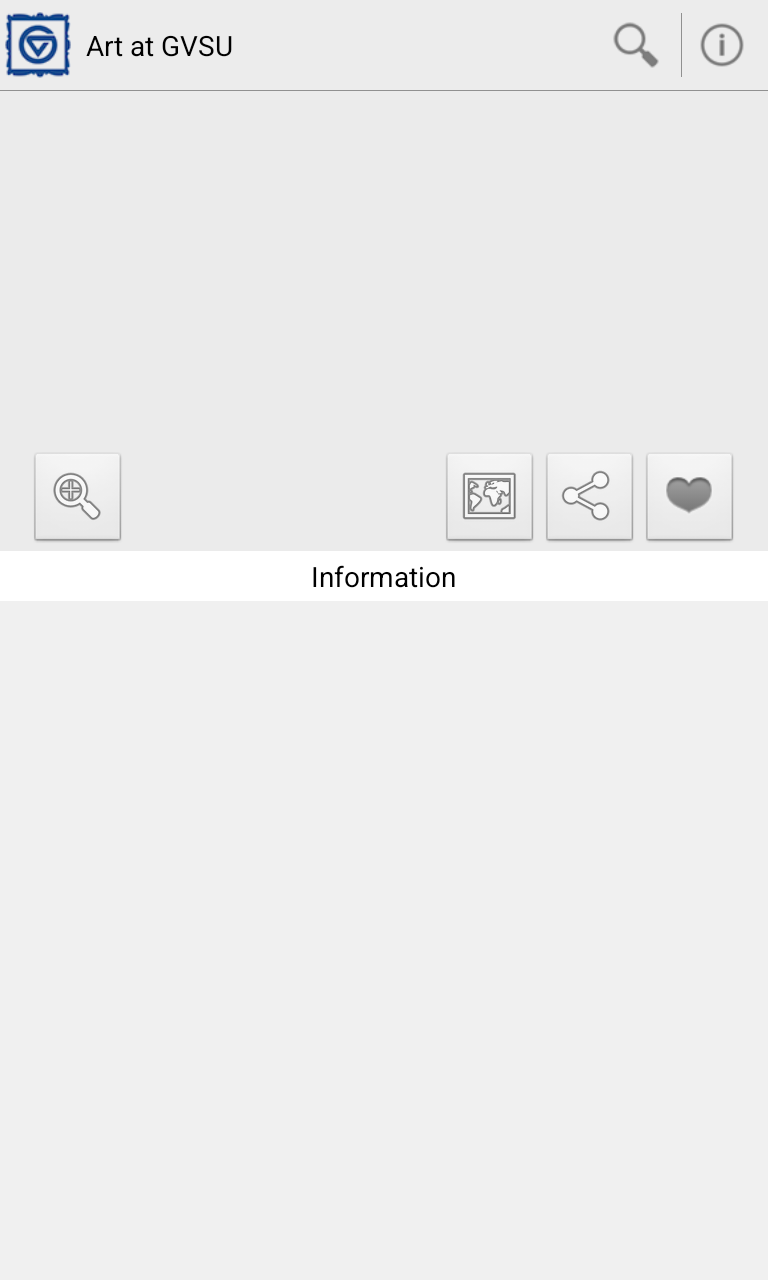
Repository: markminuth/Art-at-GVSU-Android-edition
Layout: version1.0/res/layout/artdetails.xml
An editor plug-in stored every save of this project. The layout is shown before and after the next save, followed by the edit.
It is drawn on a 768 x 1280 px phone screen (xhdpi) without system bars, with theme android:Theme.NoTitleBar; the app's code is not run. Lists and similar views that code fills are empty.

Above is the layout before, as saved 2012-04-19 21:46:26.

After the next save:
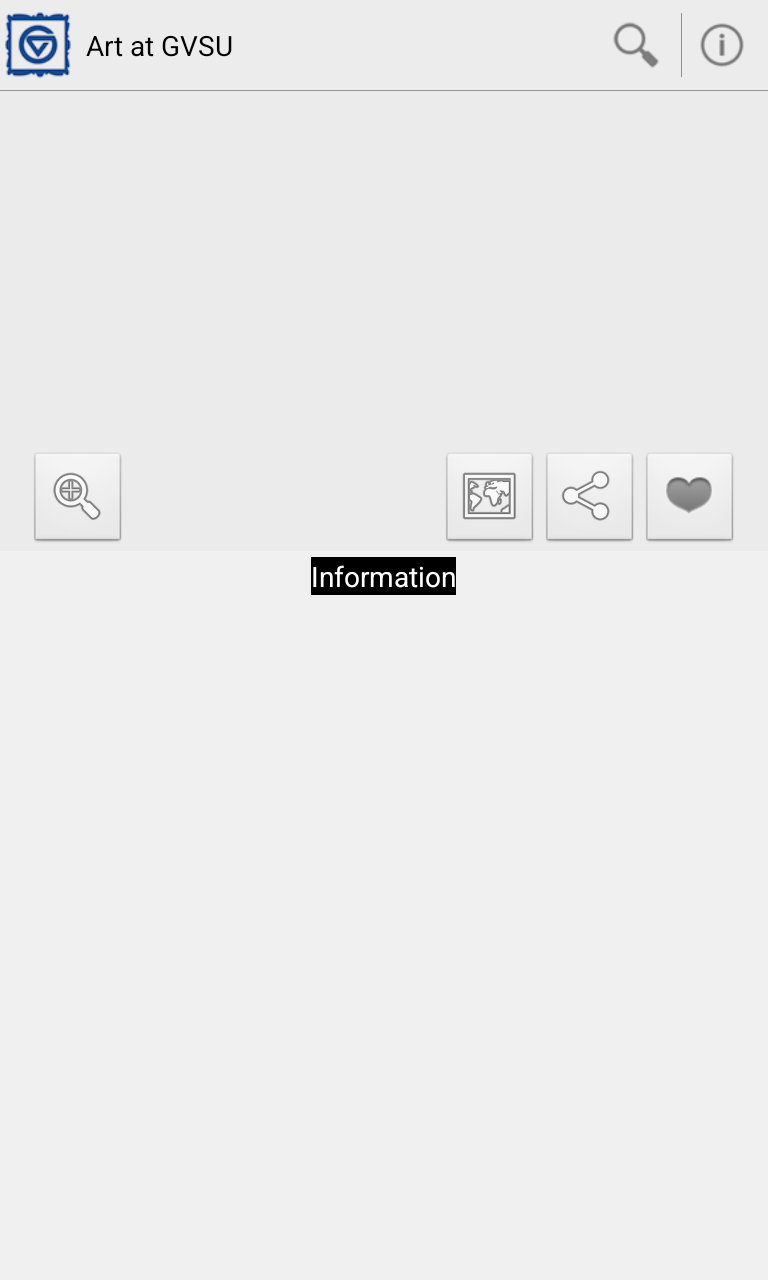
Saved 95 s later.
--- a/version1.0/res/layout/artdetails.xml
+++ b/version1.0/res/layout/artdetails.xml
@@ -167,7 +167,7 @@
         android:layout_width="fill_parent"
         android:layout_height="25dp"
         android:layout_gravity="center_horizontal"
-        android:background="#FFFFFF"
+        android:background="000000"
         android:gravity="center_vertical" >
 
         <TextView
@@ -176,9 +176,9 @@
             android:layout_height="wrap_content"
             android:layout_centerHorizontal="true"
             android:layout_centerVertical="true"
-            android:background="#FFFFFF"
+            android:background="#000000"
             android:text="Information"
-            android:textColor="#000000" />
+            android:textColor="#FFFFFF" />
     </RelativeLayout>
 
     <ListView
